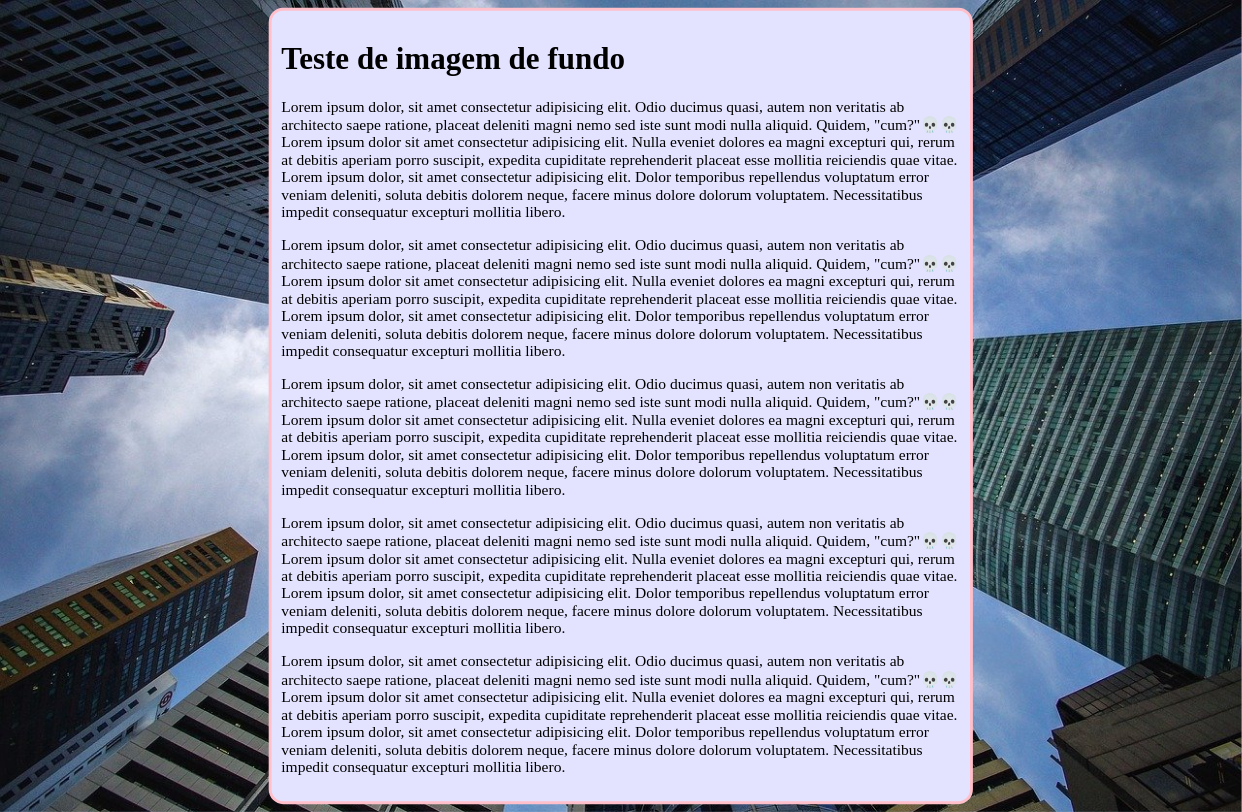
Repository: Codigo404q/html-css
Page: exercicios/ex022/fundo006.html
An editor plug-in stored every save of this project. The page is shown before and after the next save, followed by the edit.
The browser window is 1280 px wide. The pictures show the whole page, at 97% of full size.
Backgrounds fixed to the window are drawn as part of the page.

Above is the page before, as saved 2024-01-05 22:46:54.

### exercicios/ex022/fundo006.html
<!DOCTYPE html>
<html lang="pt-br">
<head>
    <meta charset="UTF-8">
    <meta name="viewport" content="width=device-width, initial-scale=1.0">
    <title>Fundo fixo de tela</title>
    <style>
        body {
          /*  height: 100vh;
            background-color: lightblue;
            background-image: url(imagens/wallpaper002.jpg);
            background-position: center top;
            background-repeat: no-repeat;
            background-size: cover;
            background-attachment: Fixed; */

            /* ShortHand - background
                color > image > position > repeat > [size] > attachment
            */

            background: lightblue url(imagens/wallpaper002.jpg) center center no-repeat fixed;
            background-size: cover;
        }

        main {
            background-color: rgb(227, 227, 255);
            max-width: 700px;
            padding: 10px;
            margin: auto;
            border: 3px solid pink;
            border-radius: 15px;
        }
    </style>
</head>
<body>
    <main>
        <h1>Teste de imagem de fundo</h1>
        <p>Lorem ipsum dolor, sit amet consectetur adipisicing elit. Odio ducimus quasi, autem non veritatis ab architecto saepe ratione, placeat deleniti magni nemo sed iste sunt modi nulla aliquid.
        Quidem, "cum?"💀💀 Lorem ipsum dolor sit amet consectetur adipisicing elit. Nulla eveniet dolores ea magni excepturi qui, rerum at debitis aperiam porro suscipit, expedita cupiditate reprehenderit placeat esse mollitia reiciendis quae vitae. Lorem ipsum dolor, sit amet consectetur adipisicing elit. Dolor temporibus repellendus voluptatum error veniam deleniti, soluta debitis dolorem neque, facere minus dolore dolorum voluptatem. Necessitatibus impedit consequatur excepturi mollitia libero.</p>        <p>Lorem ipsum dolor, sit amet consectetur adipisicing elit. Odio ducimus quasi, autem non veritatis ab architecto saepe ratione, placeat deleniti magni nemo sed iste sunt modi nulla aliquid.
            Quidem, "cum?"💀💀 Lorem ipsum dolor sit amet consectetur adipisicing elit. Nulla eveniet dolores ea magni excepturi qui, rerum at debitis aperiam porro suscipit, expedita cupiditate reprehenderit placeat esse mollitia reiciendis quae vitae. Lorem ipsum dolor, sit amet consectetur adipisicing elit. Dolor temporibus repellendus voluptatum error veniam deleniti, soluta debitis dolorem neque, facere minus dolore dolorum voluptatem. Necessitatibus impedit consequatur excepturi mollitia libero.</p>        <p>Lorem ipsum dolor, sit amet consectetur adipisicing elit. Odio ducimus quasi, autem non veritatis ab architecto saepe ratione, placeat deleniti magni nemo sed iste sunt modi nulla aliquid.
                Quidem, "cum?"💀💀 Lorem ipsum dolor sit amet consectetur adipisicing elit. Nulla eveniet dolores ea magni excepturi qui, rerum at debitis aperiam porro suscipit, expedita cupiditate reprehenderit placeat esse mollitia reiciendis quae vitae. Lorem ipsum dolor, sit amet consectetur adipisicing elit. Dolor temporibus repellendus voluptatum error veniam deleniti, soluta debitis dolorem neque, facere minus dolore dolorum voluptatem. Necessitatibus impedit consequatur excepturi mollitia libero.</p>        <p>Lorem ipsum dolor, sit amet consectetur adipisicing elit. Odio ducimus quasi, autem non veritatis ab architecto saepe ratione, placeat deleniti magni nemo sed iste sunt modi nulla aliquid.
                    Quidem, "cum?"💀💀 Lorem ipsum dolor sit amet consectetur adipisicing elit. Nulla eveniet dolores ea magni excepturi qui, rerum at debitis aperiam porro suscipit, expedita cupiditate reprehenderit placeat esse mollitia reiciendis quae vitae. Lorem ipsum dolor, sit amet consectetur adipisicing elit. Dolor temporibus repellendus voluptatum error veniam deleniti, soluta debitis dolorem neque, facere minus dolore dolorum voluptatem. Necessitatibus impedit consequatur excepturi mollitia libero.</p>        <p>Lorem ipsum dolor, sit amet consectetur adipisicing elit. Odio ducimus quasi, autem non veritatis ab architecto saepe ratione, placeat deleniti magni nemo sed iste sunt modi nulla aliquid.
                        Quidem, "cum?"💀💀 Lorem ipsum dolor sit amet consectetur adipisicing elit. Nulla eveniet dolores ea magni excepturi qui, rerum at debitis aperiam porro suscipit, expedita cupiditate reprehenderit placeat esse mollitia reiciendis quae vitae. Lorem ipsum dolor, sit amet consectetur adipisicing elit. Dolor temporibus repellendus voluptatum error veniam deleniti, soluta debitis dolorem neque, facere minus dolore dolorum voluptatem. Necessitatibus impedit consequatur excepturi mollitia libero.</p>
    </main>
</body>
</html>

After the next save:
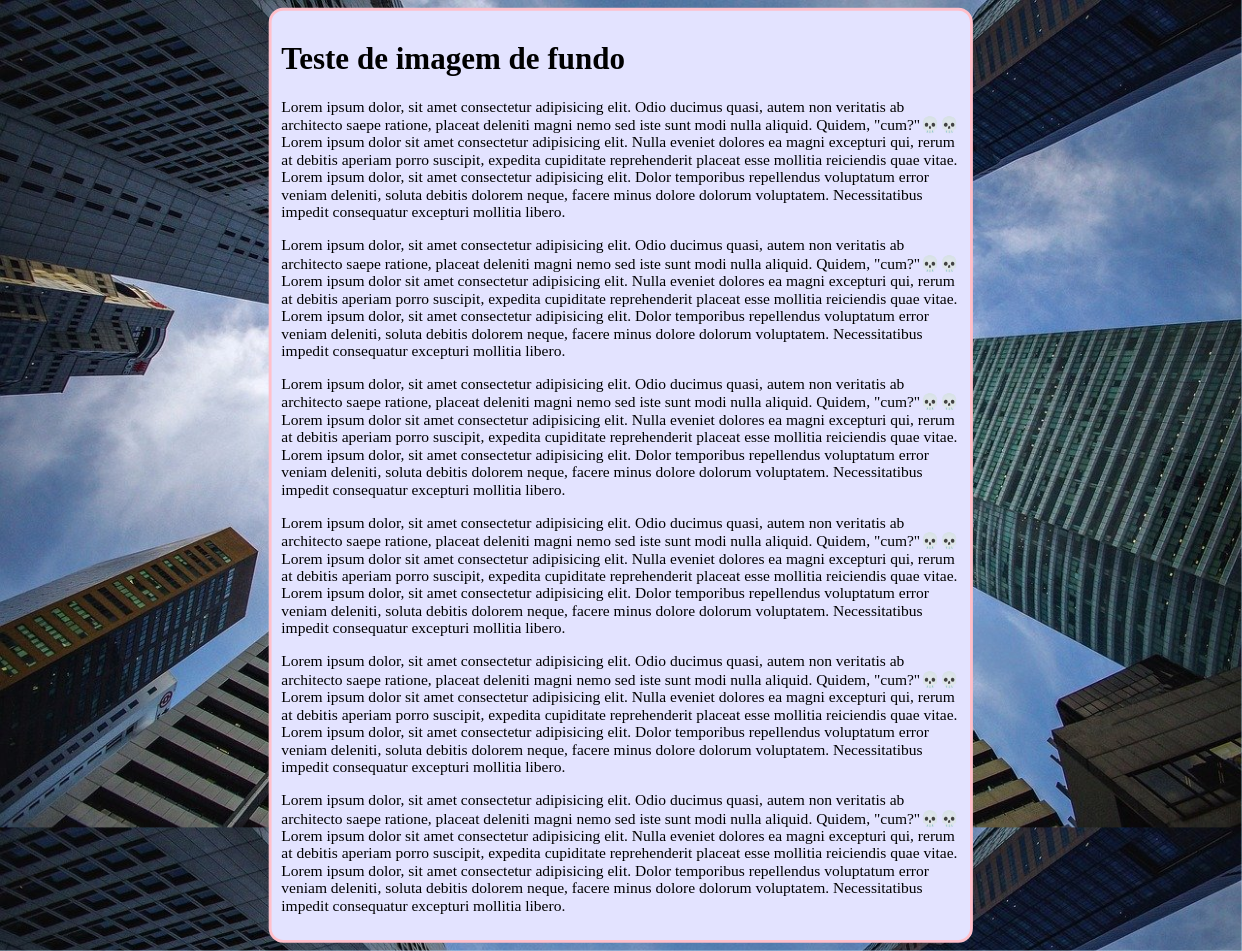
Saved 35 s later.
--- a/exercicios/ex022/fundo006.html
+++ b/exercicios/ex022/fundo006.html
@@ -40,7 +40,8 @@
             Quidem, "cum?"💀💀 Lorem ipsum dolor sit amet consectetur adipisicing elit. Nulla eveniet dolores ea magni excepturi qui, rerum at debitis aperiam porro suscipit, expedita cupiditate reprehenderit placeat esse mollitia reiciendis quae vitae. Lorem ipsum dolor, sit amet consectetur adipisicing elit. Dolor temporibus repellendus voluptatum error veniam deleniti, soluta debitis dolorem neque, facere minus dolore dolorum voluptatem. Necessitatibus impedit consequatur excepturi mollitia libero.</p>        <p>Lorem ipsum dolor, sit amet consectetur adipisicing elit. Odio ducimus quasi, autem non veritatis ab architecto saepe ratione, placeat deleniti magni nemo sed iste sunt modi nulla aliquid.
                 Quidem, "cum?"💀💀 Lorem ipsum dolor sit amet consectetur adipisicing elit. Nulla eveniet dolores ea magni excepturi qui, rerum at debitis aperiam porro suscipit, expedita cupiditate reprehenderit placeat esse mollitia reiciendis quae vitae. Lorem ipsum dolor, sit amet consectetur adipisicing elit. Dolor temporibus repellendus voluptatum error veniam deleniti, soluta debitis dolorem neque, facere minus dolore dolorum voluptatem. Necessitatibus impedit consequatur excepturi mollitia libero.</p>        <p>Lorem ipsum dolor, sit amet consectetur adipisicing elit. Odio ducimus quasi, autem non veritatis ab architecto saepe ratione, placeat deleniti magni nemo sed iste sunt modi nulla aliquid.
                     Quidem, "cum?"💀💀 Lorem ipsum dolor sit amet consectetur adipisicing elit. Nulla eveniet dolores ea magni excepturi qui, rerum at debitis aperiam porro suscipit, expedita cupiditate reprehenderit placeat esse mollitia reiciendis quae vitae. Lorem ipsum dolor, sit amet consectetur adipisicing elit. Dolor temporibus repellendus voluptatum error veniam deleniti, soluta debitis dolorem neque, facere minus dolore dolorum voluptatem. Necessitatibus impedit consequatur excepturi mollitia libero.</p>        <p>Lorem ipsum dolor, sit amet consectetur adipisicing elit. Odio ducimus quasi, autem non veritatis ab architecto saepe ratione, placeat deleniti magni nemo sed iste sunt modi nulla aliquid.
-                        Quidem, "cum?"💀💀 Lorem ipsum dolor sit amet consectetur adipisicing elit. Nulla eveniet dolores ea magni excepturi qui, rerum at debitis aperiam porro suscipit, expedita cupiditate reprehenderit placeat esse mollitia reiciendis quae vitae. Lorem ipsum dolor, sit amet consectetur adipisicing elit. Dolor temporibus repellendus voluptatum error veniam deleniti, soluta debitis dolorem neque, facere minus dolore dolorum voluptatem. Necessitatibus impedit consequatur excepturi mollitia libero.</p>
+                        Quidem, "cum?"💀💀 Lorem ipsum dolor sit amet consectetur adipisicing elit. Nulla eveniet dolores ea magni excepturi qui, rerum at debitis aperiam porro suscipit, expedita cupiditate reprehenderit placeat esse mollitia reiciendis quae vitae. Lorem ipsum dolor, sit amet consectetur adipisicing elit. Dolor temporibus repellendus voluptatum error veniam deleniti, soluta debitis dolorem neque, facere minus dolore dolorum voluptatem. Necessitatibus impedit consequatur excepturi mollitia libero.</p>        <p>Lorem ipsum dolor, sit amet consectetur adipisicing elit. Odio ducimus quasi, autem non veritatis ab architecto saepe ratione, placeat deleniti magni nemo sed iste sunt modi nulla aliquid.
+                            Quidem, "cum?"💀💀 Lorem ipsum dolor sit amet consectetur adipisicing elit. Nulla eveniet dolores ea magni excepturi qui, rerum at debitis aperiam porro suscipit, expedita cupiditate reprehenderit placeat esse mollitia reiciendis quae vitae. Lorem ipsum dolor, sit amet consectetur adipisicing elit. Dolor temporibus repellendus voluptatum error veniam deleniti, soluta debitis dolorem neque, facere minus dolore dolorum voluptatem. Necessitatibus impedit consequatur excepturi mollitia libero.</p>
     </main>
 </body>
 </html>
